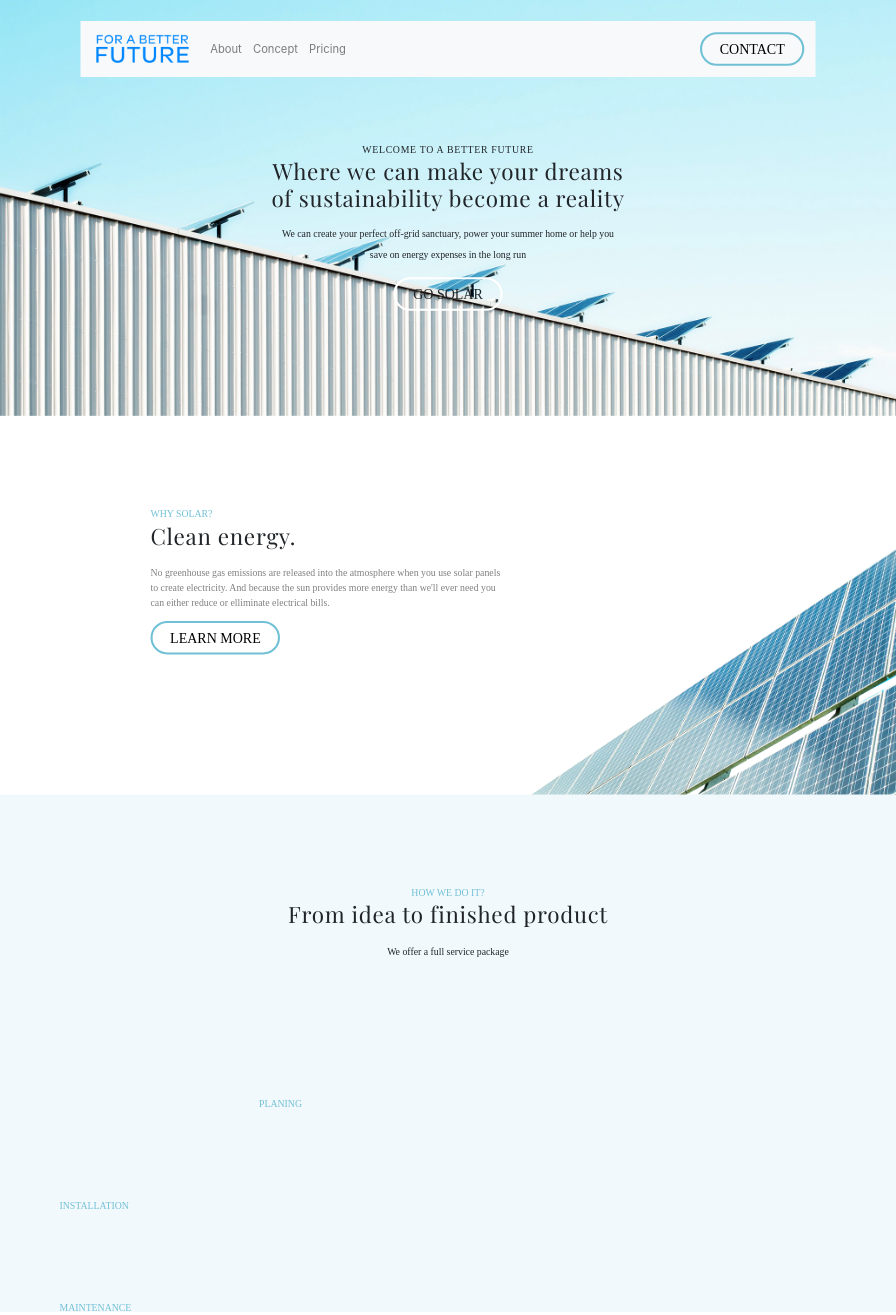
Repository: sabinemm/fabf
Page: index.html
The author's editor kept a record of every edit. The page is drawn from the files as they stood at one moment, then again after the next edit.
The browser window is 1280 px wide. The pictures show the whole page, at 70% of full size.
Backgrounds fixed to the window are drawn as part of the page. Some web fonts or font styles are not loaded; a fallback is used.

Above is the page before.

After the next edit:
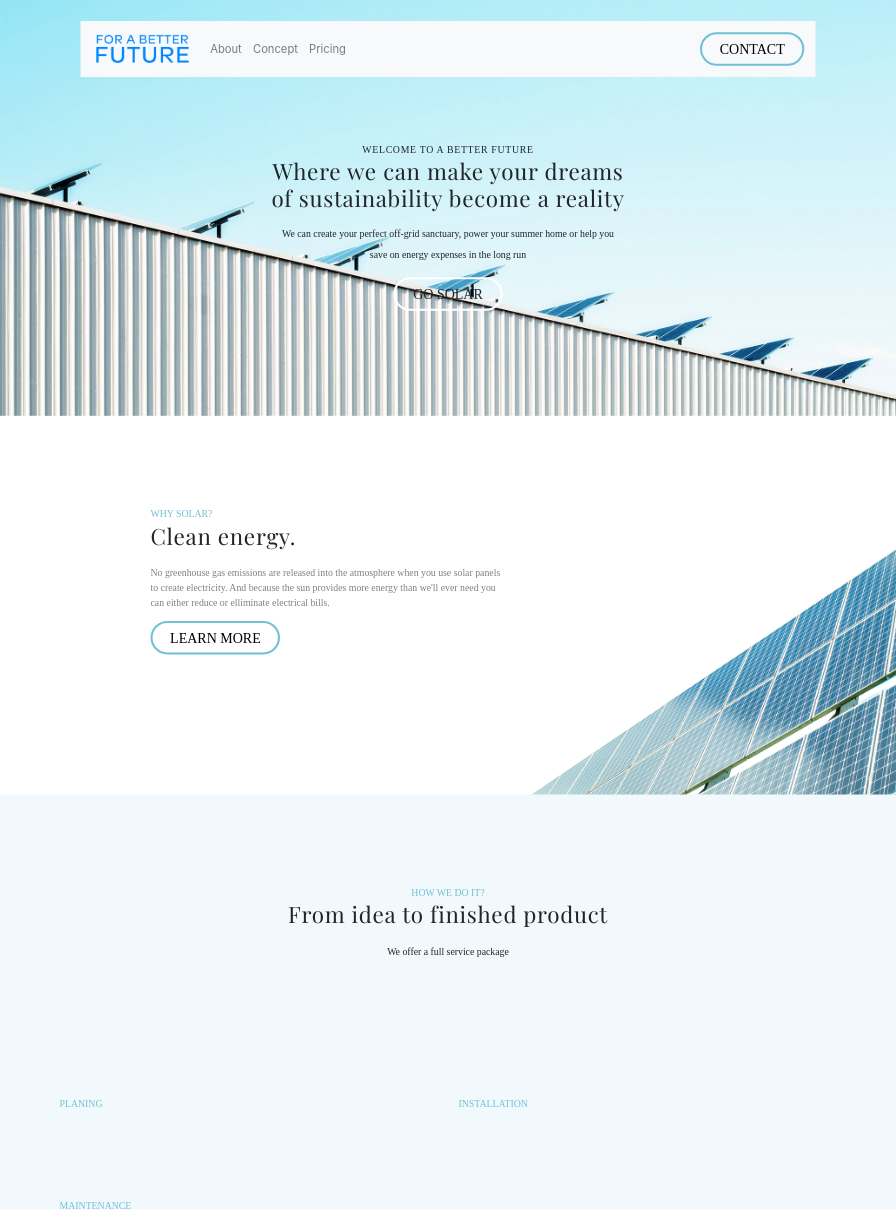
The edit:
--- a/index.html
+++ b/index.html
@@ -94,7 +94,7 @@
                 <div class=" col-3 col-sm-6 ">
                      <p class="uppercase stitle stitle-blue">PLANING</p>
                 </div>
-                <div class="col-3 col-sm-12 ">
+                <div class="col-3 col-sm-6 ">
                      <p class="uppercase stitle stitle-blue">INSTALLATION</p>
                 </div>
                 <div class="col-3 col-sm-12 ">
